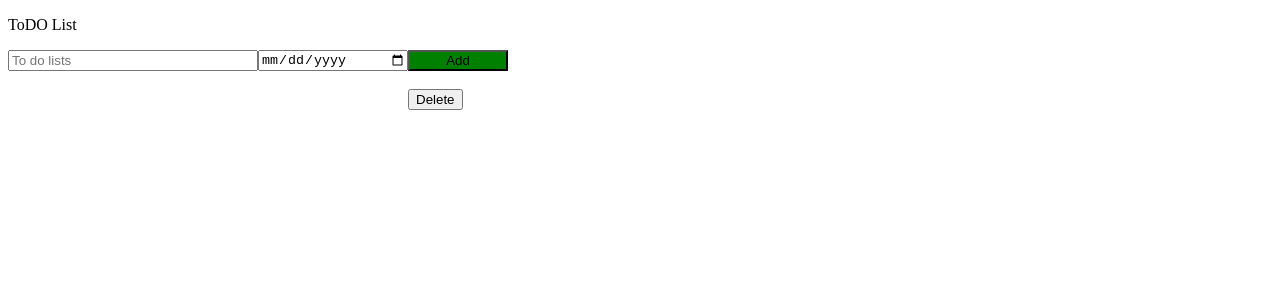
Repository: pgyunknown/ToDo-List
Page: index.html
An editor plug-in stored every save of this project. The page is shown before and after a run of saves, followed by the edit.
The browser window is 1280 px wide. The pictures show the whole page.

Above is the page before, as saved 2024-08-29 20:47:08.

### index.html
<!DOCTYPE html>
<html lang="en">
<head>
  <meta charset="UTF-8">
  <meta name="viewport" content="width=device-width, initial-scale=1.0">
  <link rel="stylesheet" href="index.css">
  <title>Document</title>
</head>
<body>
    <p>ToDO List</p>
  <div class="grid-body">
  <input placeholder="To do lists" class="js-name-input"><input type="date" class="js-date-b"><button onclick="addWork();" class="add-b">Add</button><br>
    </div>
  <div class="js-todo-list todo-grid">text</div>

  <script src="index.js"></script>
</body>
</html>

### index.css
.todo-grid{
  display: grid;
  grid-template-columns: 250px 150px 100px;
}

.grid-body{
  display: grid;
  grid-template-columns: 250px 150px 100px;
}

.add-b{
  background-color: green;
}

### index.js
const todoList=[{
  name:'',duedate:''
}
];

eventList();
function eventList(){
  let todoListHTML=' ';
  for(i=0;i<todoList.length;i++){
    const todoObj=todoList[i];
    const {name}=todoObj;
    const {duedate}=todoObj;
    const html=`
    <div >${name}</div>
    <div >${duedate}</div>
    <div>    <button onclick="todoList.splice(${i},1);
    eventList();">Delete</button></div>
    `;
    todoListHTML+=html;
}
console.log(todoListHTML) ;
document.querySelector('.js-todo-list').innerHTML=todoListHTML;
}
function addWork(){
  const inputElement=document.querySelector('.js-name-input');
  const name=inputElement.value;

  const dateinputElement=document.querySelector('.js-date-b');
  const duedate=dateinputElement.value;

  todoList.push({
    name:name,
    duedate:duedate
  });

  inputElement.value='';
  // console.log(todoList);
  eventList();
}

After the next 5 saves:
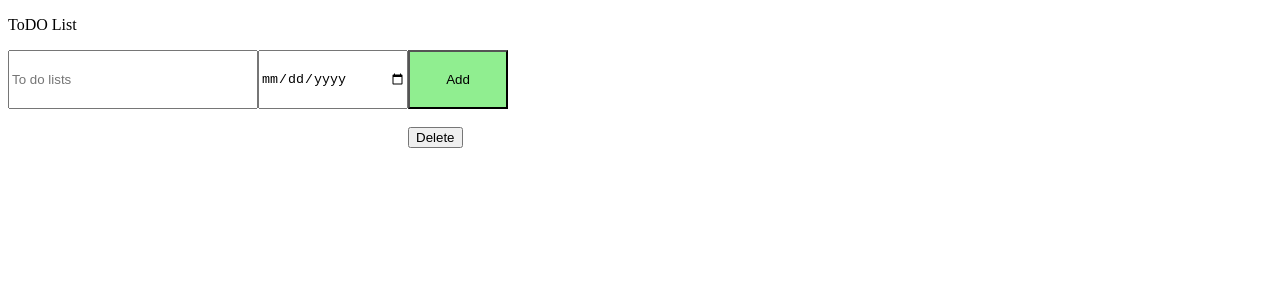
The 5 saves are shown as one change because they came seconds apart.
The last was saved 15 s later.
--- a/index.css
+++ b/index.css
@@ -9,5 +9,6 @@
 }
 
 .add-b{
-  background-color: green;
+  background-color: lightgreen;
+  padding: 20px;
 }
